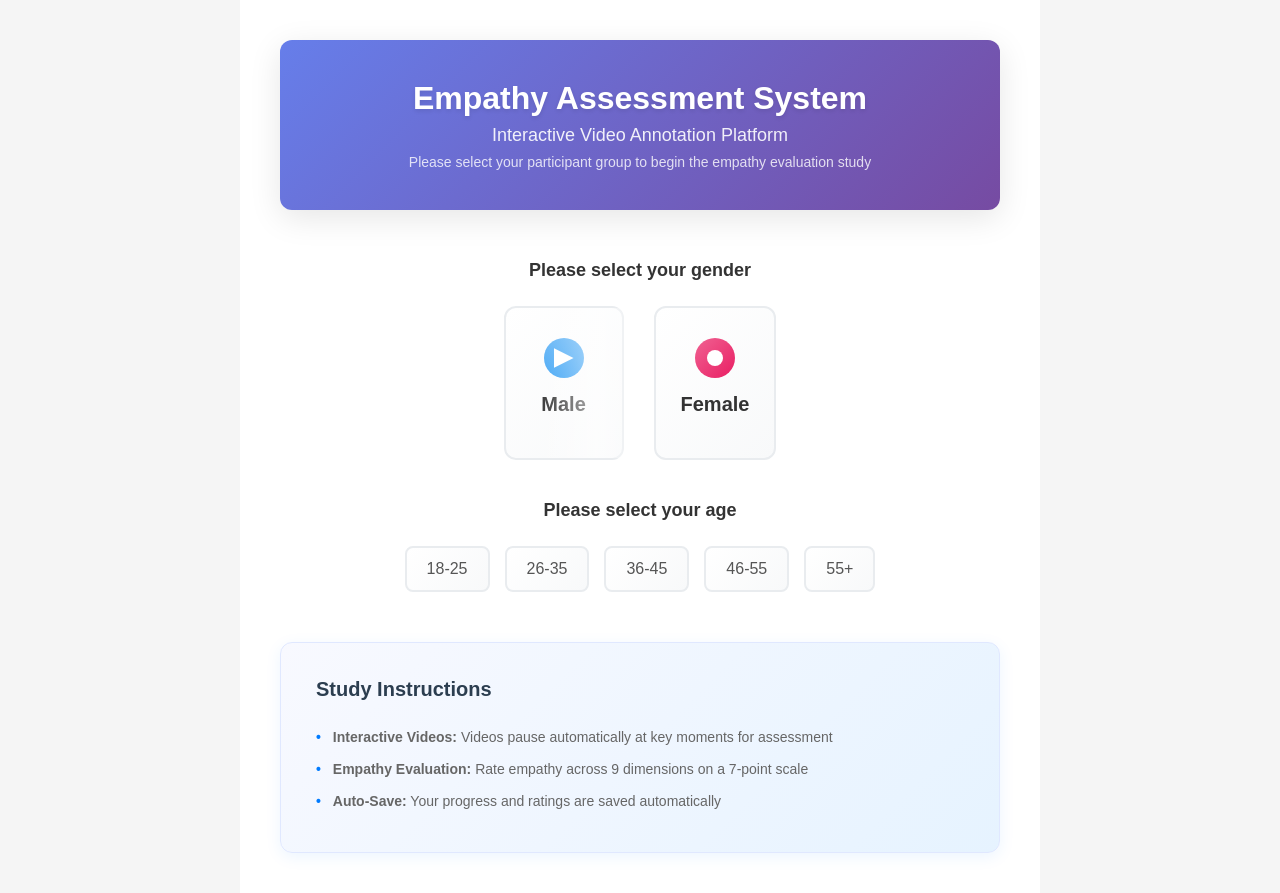
Repository: Matsuyou-Wang/MPES-system
Page: gender-selection.html
An editor plug-in stored every save of this project. The page is shown before and after the next save, followed by the edit.
The browser window is 1280 px wide. The pictures show the whole page.

Above is the page before, as saved 2025-11-25 10:46:26.

### gender-selection.html
<!DOCTYPE html>
<html lang="en">
<head>
    <meta charset="UTF-8">
    <meta name="viewport" content="width=device-width, initial-scale=1.0">
    <title>Empathy Annotation System - Gender Selection</title>
    <link rel="stylesheet" href="styles.css">
    <style>
        .gender-selection-container {
            max-width: 800px;
            margin: 0 auto;
            padding: 40px;
            background: white;
            min-height: 100vh;
        }

        .header {
            text-align: center;
            margin-bottom: 50px;
            padding: 40px 0;
            background: linear-gradient(135deg, #667eea 0%, #764ba2 100%);
            color: white;
            border-radius: 12px;
            box-shadow: 0 8px 32px rgba(0, 0, 0, 0.1);
        }

        .header h1 {
            font-size: 32px;
            margin-bottom: 8px;
            font-weight: 700;
            text-shadow: 0 2px 4px rgba(0, 0, 0, 0.1);
        }

        .header .subtitle {
            font-size: 18px;
            margin-bottom: 8px;
            opacity: 0.9;
            font-weight: 500;
        }

        .header .description {
            font-size: 14px;
            opacity: 0.8;
            margin: 0;
            font-weight: 400;
        }

        .selection-section {
            margin: 40px 0;
        }

        .selection-section h3 {
            text-align: center;
            font-size: 18px;
            color: #333;
            margin-bottom: 25px;
            font-weight: 600;
        }

        .gender-options {
            display: flex;
            gap: 30px;
            justify-content: center;
            margin: 20px 0;
            flex-wrap: wrap;
        }

        .age-options {
            display: flex;
            gap: 15px;
            justify-content: center;
            margin: 20px 0;
            flex-wrap: wrap;
        }

        .gender-option {
            background: linear-gradient(135deg, #ffffff 0%, #f8f9fa 100%);
            border: 2px solid #e9ecef;
            border-radius: 12px;
            padding: 30px 25px;
            cursor: pointer;
            transition: all 0.3s cubic-bezier(0.4, 0, 0.2, 1);
            min-width: 120px;
            max-width: 160px;
            text-align: center;
            position: relative;
        }

        .gender-option.selected {
            border-color: #2196f3;
            background: linear-gradient(135deg, #e3f2fd 0%, #bbdefb 100%);
            transform: scale(1.05);
        }

        .gender-indicator {
            width: 40px;
            height: 40px;
            margin: 0 auto 15px;
            border-radius: 50%;
            position: relative;
        }

        .male-indicator {
            background: linear-gradient(135deg, #64b5f6 0%, #2196f3 100%);
        }

        .male-indicator::after {
            content: '';
            position: absolute;
            top: 50%;
            left: 50%;
            transform: translate(-50%, -50%);
            width: 20px;
            height: 20px;
            background: white;
            clip-path: polygon(0% 0%, 100% 50%, 0% 100%);
        }

        .female-indicator {
            background: linear-gradient(135deg, #f06292 0%, #e91e63 100%);
        }

        .female-indicator::after {
            content: '';
            position: absolute;
            top: 50%;
            left: 50%;
            transform: translate(-50%, -50%);
            width: 16px;
            height: 16px;
            background: white;
            border-radius: 50%;
        }

        .age-option {
            background: linear-gradient(135deg, #ffffff 0%, #f8f9fa 100%);
            border: 2px solid #e9ecef;
            border-radius: 8px;
            padding: 12px 20px;
            cursor: pointer;
            transition: all 0.3s ease;
            font-weight: 500;
            color: #555;
        }

        .age-option:hover {
            border-color: #2196f3;
            background: linear-gradient(135deg, #e3f2fd 0%, #bbdefb 100%);
            color: #1976d2;
        }

        .age-option.selected {
            border-color: #2196f3;
            background: linear-gradient(135deg, #2196f3 0%, #1976d2 100%);
            color: white;
        }

        .gender-option::before {
            content: '';
            position: absolute;
            top: 0;
            left: -100%;
            width: 100%;
            height: 100%;
            background: linear-gradient(90deg, transparent, rgba(255, 255, 255, 0.6), transparent);
            transition: left 0.5s;
        }

        .gender-option:hover::before {
            left: 100%;
        }

        .gender-option:hover {
            background: linear-gradient(135deg, #fff 0%, #e3f2fd 100%);
            border-color: #2196f3;
            transform: translateY(-8px) scale(1.02);
            box-shadow: 0 12px 40px rgba(33, 150, 243, 0.2);
        }

        .gender-title {
            font-size: 20px;
            font-weight: 600;
            margin-bottom: 12px;
            color: #333;
        }

        .gender-description {
            font-size: 14px;
            color: #666;
        }

        .info-section {
            margin-top: 50px;
            padding: 35px;
            background: linear-gradient(135deg, #f8f9ff 0%, #e6f3ff 100%);
            border-radius: 12px;
            border: 1px solid #e0e8ff;
            box-shadow: 0 4px 16px rgba(0, 123, 255, 0.08);
        }

        .info-section h3 {
            font-size: 20px;
            color: #2c3e50;
            margin-bottom: 20px;
            display: flex;
            align-items: center;
            gap: 8px;
        }

        .info-section ul {
            list-style: none;
            padding: 0;
        }

        .info-section li {
            padding: 8px 0;
            font-size: 14px;
            color: #666;
        }

        .info-section li:before {
            content: "• ";
            color: #007bff;
            font-weight: bold;
            margin-right: 8px;
        }
    </style>
</head>
<body>
    <div class="gender-selection-container">
        <div class="header">
            <h1>Empathy Assessment System</h1>
            <p class="subtitle">Interactive Video Annotation Platform</p>
            <p class="description">Please select your participant group to begin the empathy evaluation study</p>
        </div>

        <div class="selection-section">
            <h3>Please select your gender</h3>
            <div class="gender-options">
                <div class="gender-option male" id="maleOption">
                    <div class="gender-indicator male-indicator"></div>
                    <div class="gender-title">Male</div>
                </div>

                <div class="gender-option female" id="femaleOption">
                    <div class="gender-indicator female-indicator"></div>
                    <div class="gender-title">Female</div>
                </div>
            </div>
        </div>

        <div class="selection-section">
            <h3>Please select your age</h3>
            <div class="age-options">
                <div class="age-option" data-age="18-25">18-25</div>
                <div class="age-option" data-age="26-35">26-35</div>
                <div class="age-option" data-age="36-45">36-45</div>
                <div class="age-option" data-age="46-55">46-55</div>
                <div class="age-option" data-age="55+">55+</div>
            </div>
        </div>

        <div class="info-section">
            <h3>Study Instructions</h3>
            <ul>
                <li><strong>Interactive Videos:</strong> Videos pause automatically at key moments for assessment</li>
                <li><strong>Empathy Evaluation:</strong> Rate empathy across 9 dimensions on a 7-point scale</li>
                <li><strong>Auto-Save:</strong> Your progress and ratings are saved automatically</li>
            </ul>
        </div>
    </div>

    <script>
        let selectedGender = null;
        let selectedAge = null;

        function selectGender(gender) {
            if (selectedAge) {
                console.log('正在选择性别:', gender, '年龄:', selectedAge);
                try {
                    // 存储选择的性别和年龄到 localStorage
                    localStorage.setItem('selectedGender', gender);
                    localStorage.setItem('selectedAge', selectedAge);
                    console.log('已保存到 localStorage:', gender, selectedAge);

                    // 跳转到主注释界面
                    const targetUrl = 'annotation.html?gender=' + gender + '&age=' + selectedAge;
                    console.log('跳转到:', targetUrl);
                    window.location.href = targetUrl;
                } catch (error) {
                    console.error('选择性别时出错:', error);
                    alert('选择性别时出错，请重试');
                }
            } else {
                alert('请先选择您的年龄');
            }
        }

        function selectAge(age) {
            selectedAge = age;
            // 更新年龄选项的视觉状态
            document.querySelectorAll('.age-option').forEach(option => {
                option.classList.remove('selected');
            });
            event.target.classList.add('selected');
        }

        // 等待页面加载完成
        document.addEventListener('DOMContentLoaded', function() {
            console.log('页面加载完成，绑定事件监听器');

            // 获取性别选项元素
            const maleOption = document.getElementById('maleOption');
            const femaleOption = document.getElementById('femaleOption');

            if (maleOption) {
                maleOption.addEventListener('click', function(e) {
                    selectedGender = 'male';
                    // 更新性别选项的视觉状态
                    document.querySelectorAll('.gender-option').forEach(option => {
                        option.classList.remove('selected');
                    });
                    this.classList.add('selected');

                    console.log('点击了男性选项');
                    e.preventDefault();
                    selectGender('male');
                });
            }

            if (femaleOption) {
                femaleOption.addEventListener('click', function(e) {
                    selectedGender = 'female';
                    // 更新性别选项的视觉状态
                    document.querySelectorAll('.gender-option').forEach(option => {
                        option.classList.remove('selected');
                    });
                    this.classList.add('selected');

                    console.log('点击了女性选项');
                    e.preventDefault();
                    selectGender('female');
                });
            }

            // 绑定年龄选项事件
            document.querySelectorAll('.age-option').forEach(option => {
                option.addEventListener('click', function(e) {
                    const age = this.getAttribute('data-age');
                    selectAge(age);
                });
            });
        });
    </script>
</body>
</html>

Loaded but not shown: styles.css (1356 lines, source omitted)

After the next save:
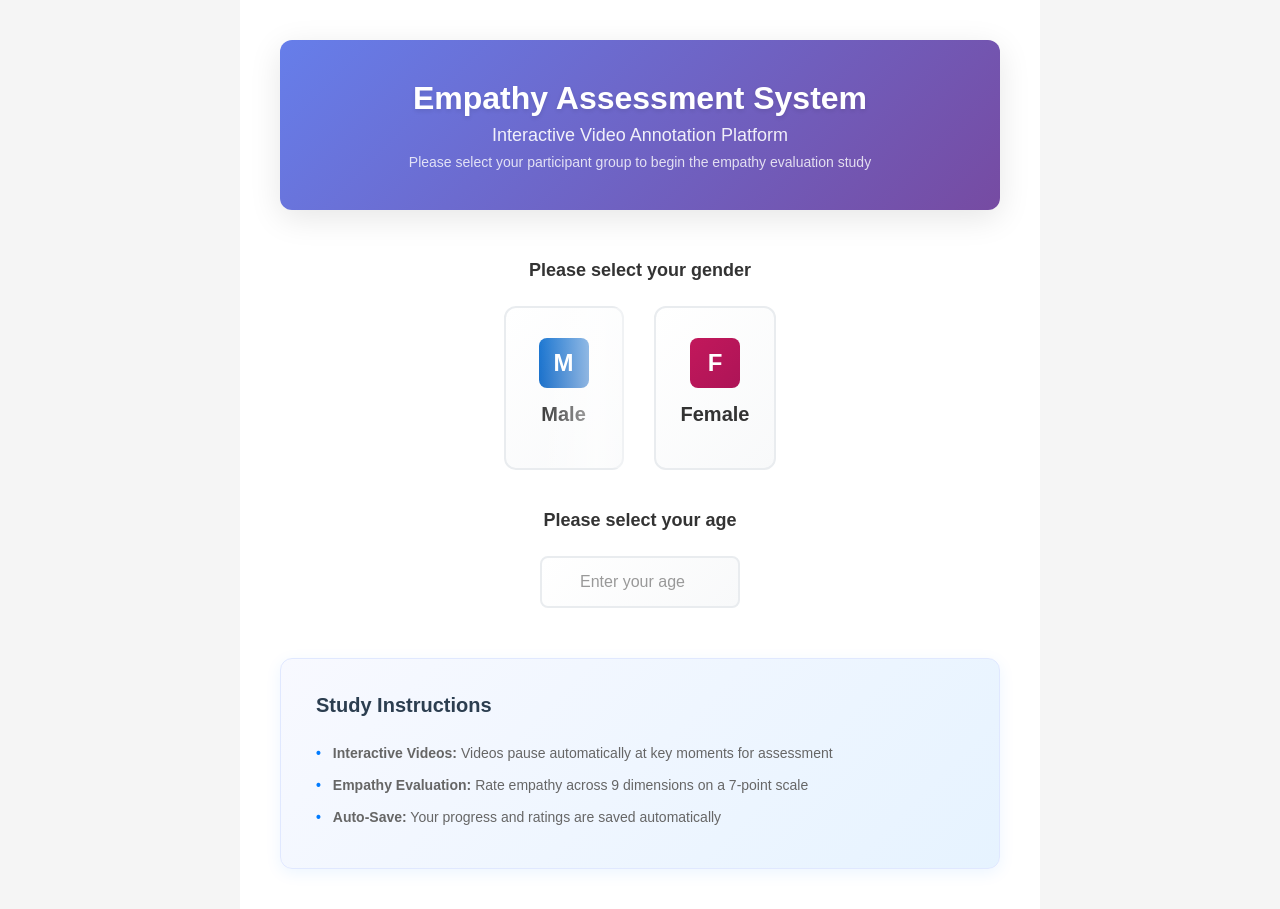
Saved 3 min 2 s later.
--- a/gender-selection.html
+++ b/gender-selection.html
@@ -93,43 +93,55 @@
         }
 
         .gender-indicator {
-            width: 40px;
-            height: 40px;
+            width: 50px;
+            height: 50px;
             margin: 0 auto 15px;
-            border-radius: 50%;
+            border-radius: 8px;
             position: relative;
+            display: flex;
+            align-items: center;
+            justify-content: center;
+            font-weight: bold;
+            font-size: 24px;
+            color: white;
         }
 
         .male-indicator {
-            background: linear-gradient(135deg, #64b5f6 0%, #2196f3 100%);
+            background: linear-gradient(135deg, #1976d2 0%, #1565c0 100%);
         }
 
         .male-indicator::after {
-            content: '';
-            position: absolute;
-            top: 50%;
-            left: 50%;
-            transform: translate(-50%, -50%);
-            width: 20px;
-            height: 20px;
-            background: white;
-            clip-path: polygon(0% 0%, 100% 50%, 0% 100%);
+            content: 'M';
         }
 
         .female-indicator {
-            background: linear-gradient(135deg, #f06292 0%, #e91e63 100%);
+            background: linear-gradient(135deg, #c2185b 0%, #ad1457 100%);
         }
 
         .female-indicator::after {
-            content: '';
-            position: absolute;
-            top: 50%;
-            left: 50%;
-            transform: translate(-50%, -50%);
-            width: 16px;
-            height: 16px;
-            background: white;
-            border-radius: 50%;
+            content: 'F';
+        }
+
+        .age-input {
+            padding: 15px 20px;
+            font-size: 16px;
+            border: 2px solid #e9ecef;
+            border-radius: 8px;
+            text-align: center;
+            width: 200px;
+            background: linear-gradient(135deg, #ffffff 0%, #f8f9fa 100%);
+            transition: all 0.3s ease;
+            outline: none;
+        }
+
+        .age-input:focus {
+            border-color: #2196f3;
+            background: linear-gradient(135deg, #e3f2fd 0%, #bbdefb 100%);
+            box-shadow: 0 0 0 3px rgba(33, 150, 243, 0.1);
+        }
+
+        .age-input::placeholder {
+            color: #999;
         }
 
         .age-option {
@@ -252,11 +264,7 @@
         <div class="selection-section">
             <h3>Please select your age</h3>
             <div class="age-options">
-                <div class="age-option" data-age="18-25">18-25</div>
-                <div class="age-option" data-age="26-35">26-35</div>
-                <div class="age-option" data-age="36-45">36-45</div>
-                <div class="age-option" data-age="46-55">46-55</div>
-                <div class="age-option" data-age="55+">55+</div>
+                <input type="number" class="age-input" placeholder="Enter your age" min="18" max="99" id="ageInput">
             </div>
         </div>
 
@@ -292,17 +300,23 @@
                     alert('选择性别时出错，请重试');
                 }
             } else {
-                alert('请先选择您的年龄');
-            }
-        }
-
-        function selectAge(age) {
-            selectedAge = age;
-            // 更新年龄选项的视觉状态
-            document.querySelectorAll('.age-option').forEach(option => {
-                option.classList.remove('selected');
-            });
-            event.target.classList.add('selected');
+                alert('请先输入您的年龄');
+            }
+        }
+
+        function validateAge() {
+            const ageInput = document.getElementById('ageInput');
+            const age = parseInt(ageInput.value);
+
+            if (age && age >= 18 && age <= 99) {
+                selectedAge = age;
+                ageInput.style.borderColor = '#4caf50';
+                ageInput.style.background = 'linear-gradient(135deg, #e8f5e8 0%, #c8e6c9 100%)';
+            } else {
+                selectedAge = null;
+                ageInput.style.borderColor = '#f44336';
+                ageInput.style.background = 'linear-gradient(135deg, #ffebee 0%, #ffcdd2 100%)';
+            }
         }
 
         // 等待页面加载完成
@@ -312,6 +326,7 @@
             // 获取性别选项元素
             const maleOption = document.getElementById('maleOption');
             const femaleOption = document.getElementById('femaleOption');
+            const ageInput = document.getElementById('ageInput');
 
             if (maleOption) {
                 maleOption.addEventListener('click', function(e) {
@@ -343,13 +358,11 @@
                 });
             }
 
-            // 绑定年龄选项事件
-            document.querySelectorAll('.age-option').forEach(option => {
-                option.addEventListener('click', function(e) {
-                    const age = this.getAttribute('data-age');
-                    selectAge(age);
-                });
-            });
+            // 绑定年龄输入框事件
+            if (ageInput) {
+                ageInput.addEventListener('input', validateAge);
+                ageInput.addEventListener('blur', validateAge);
+            }
         });
     </script>
 </body>
